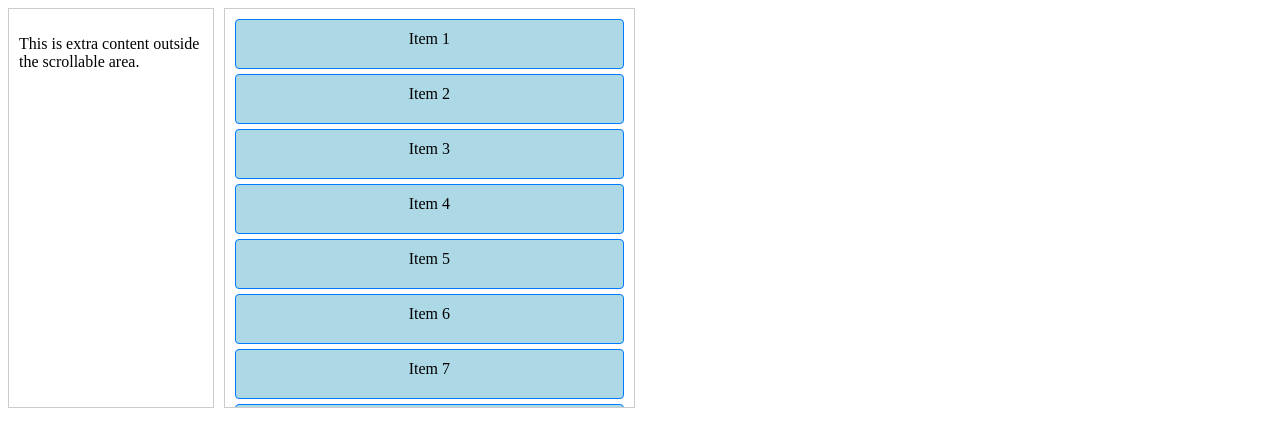
Repository: notgudmewhathuh12122334354556/GroceryInventory
Page: grid.html
The author's editor kept a copy of each file at every save. The page is drawn from the files as they stood at one save, then again after the next save.
The browser window is 1280 px wide. The pictures show the whole page.

Above is the page before, as saved 2024-11-19 22:49:11.

After the next save:
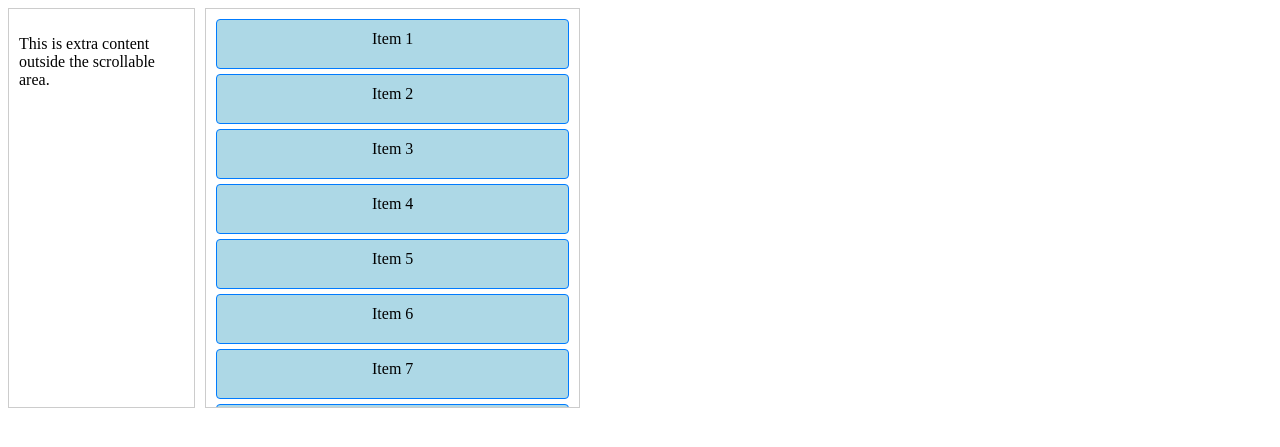
Saved 19 s later.
--- a/grid.html
+++ b/grid.html
@@ -6,7 +6,7 @@
   <title>Scrollable Grid Inside Div</title>
 </head>
 <body>
-  <div style="display: grid; grid-template-columns: 1fr 2fr 2fr 1fr; gap: 10px; height: 400px;">
+  <div style="display: grid; grid-template-columns: 1fr 2fr 2fr 1fr 100px; gap: 10px; height: 400px;">
     <!-- Sidebar or Extra Content -->
     <div style="padding: 10px; border: 1px solid #ccc;">
       <p>This is extra content outside the scrollable area.</p>
